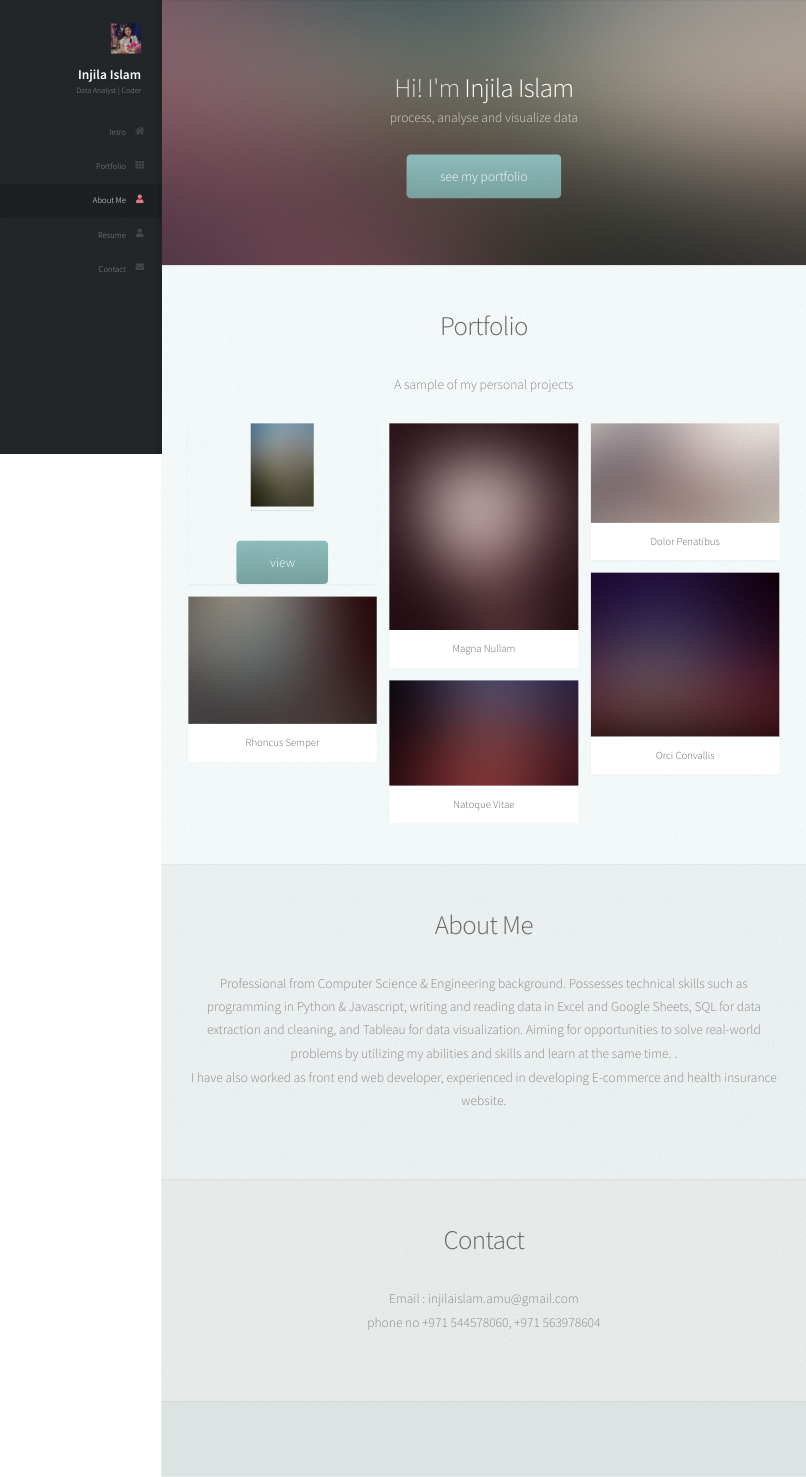
Repository: IslamInjila/new_portfolio
Page: index.html
The author's editor kept a copy of each file at every save. The page is drawn from the files as they stood at one save, then again after the next save.
The browser window is 1280 px wide. The pictures show the whole page, at 63% of full size.

Above is the page before, as saved 2021-03-06 17:34:32.

After the next save:
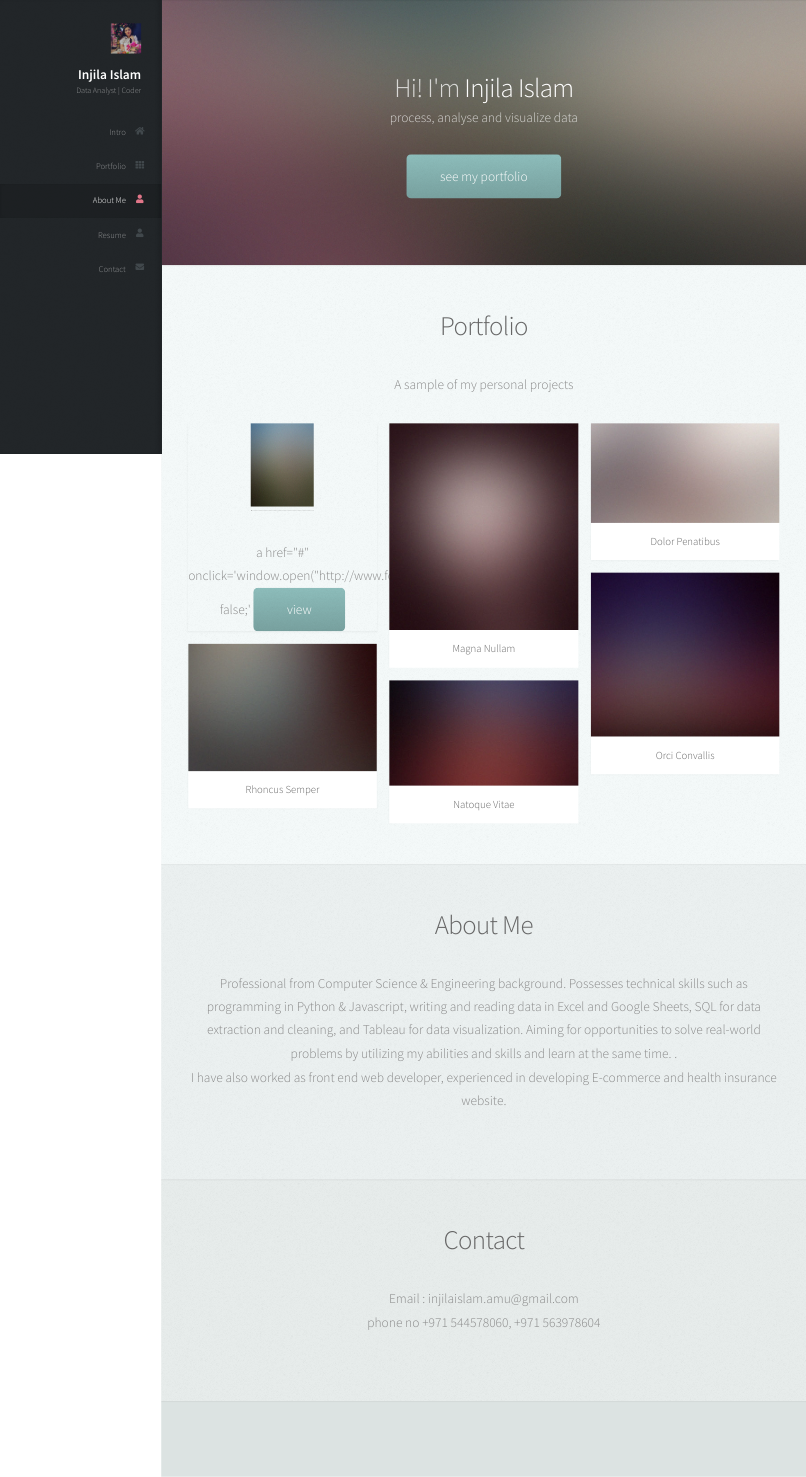
Saved 4 min 0 s later.
--- a/index.html
+++ b/index.html
@@ -94,7 +94,8 @@
 											<img src="images/pic02.jpg" alt="W3Schools.com" width="100" height="132">
 											</a></p>
 											<!-- <a href="https://www.w3schools.com" class="button">view</a> -->
-											<input type="button" onclick="location.href='https://google.com';"  target="_blank" value="view" />
+											a href="#" onclick='window.open("http://www.foracure.org.au");return false;'
+											<input type="button" onclick='window.open("http://www.foracure.org.au");return false;'  target="_blank" value="view" />
 											<!-- <button type="button" class="btn btn-outline-primary" href="https://www.w3schools.com">view</button> -->
 									</article>
 

After the save that followed:
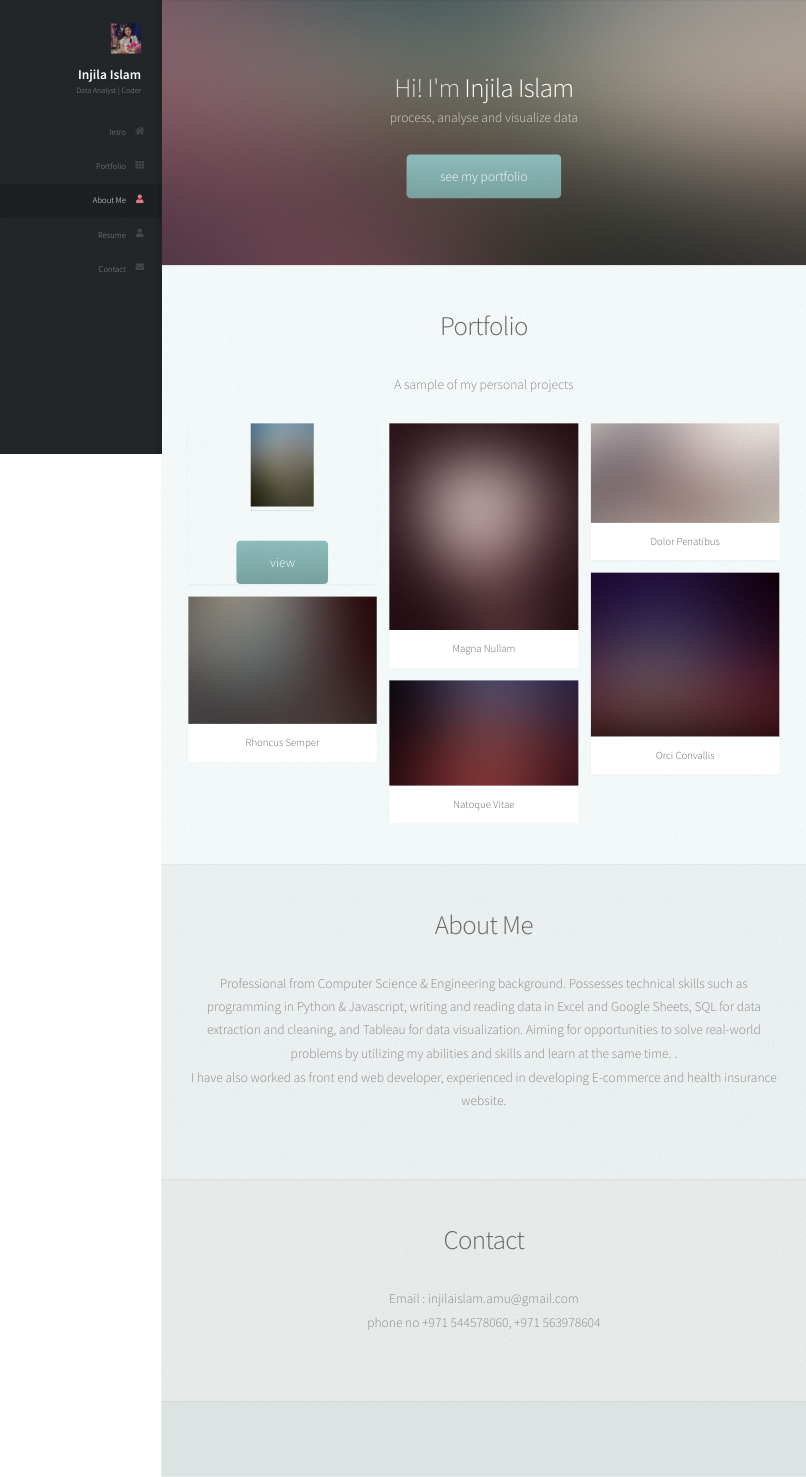
Saved 30 s later.
--- a/index.html
+++ b/index.html
@@ -94,7 +94,7 @@
 											<img src="images/pic02.jpg" alt="W3Schools.com" width="100" height="132">
 											</a></p>
 											<!-- <a href="https://www.w3schools.com" class="button">view</a> -->
-											a href="#" onclick='window.open("http://www.foracure.org.au");return false;'
+
 											<input type="button" onclick='window.open("http://www.foracure.org.au");return false;'  target="_blank" value="view" />
 											<!-- <button type="button" class="btn btn-outline-primary" href="https://www.w3schools.com">view</button> -->
 									</article>
